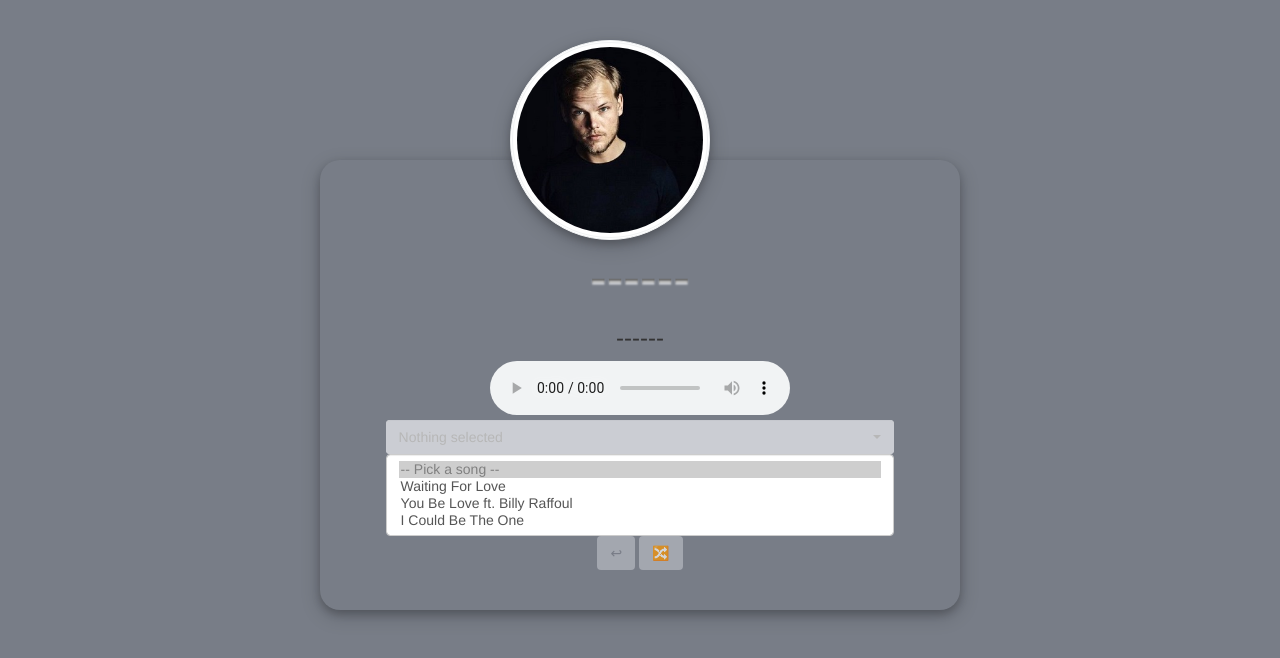
Repository: StanRodriguez/musicplayer
Page: index.html
The author's editor kept a record of every edit. The page is drawn from the files as they stood at one moment, then again after the next edit.
The browser window is 1280 px wide. The pictures show the whole page.
Some web libraries are served in a nearby version.

Above is the page before.

After the next edit:
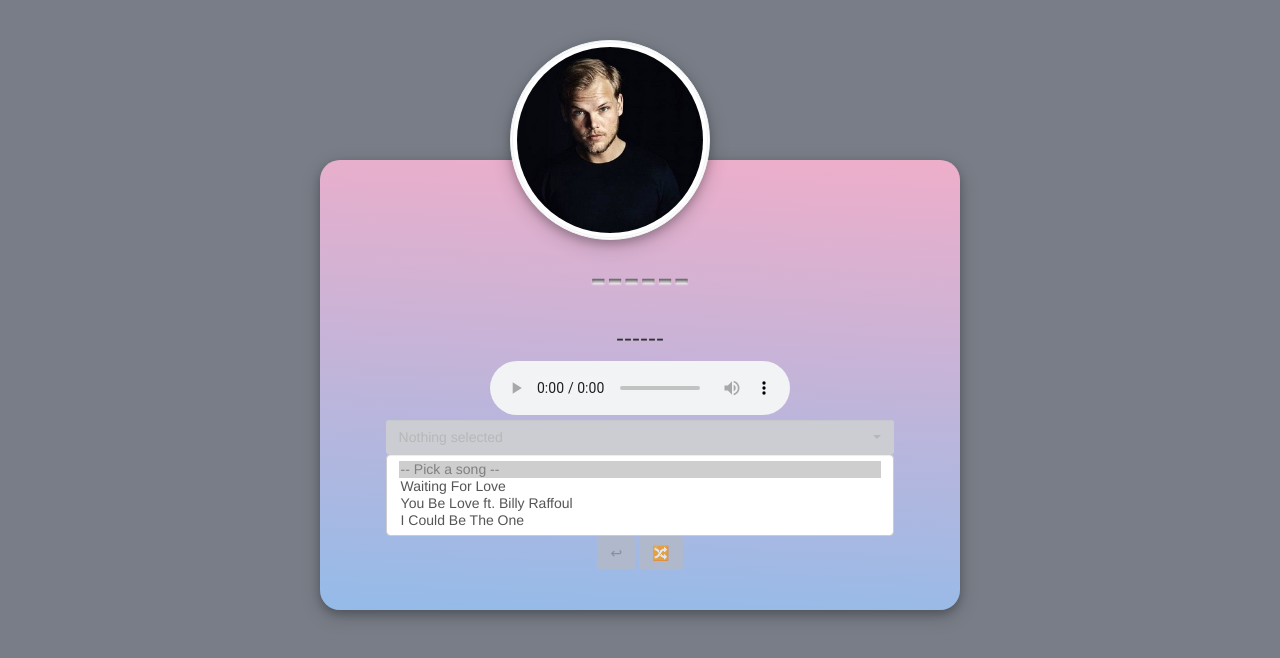
The edit:
--- a/css/main.css
+++ b/css/main.css
@@ -10,6 +10,8 @@
 #container {
 	position: absolute;
     /*box-sizing: border-box;*/
+background: rgb(238,174,202);
+background: linear-gradient(183deg, rgba(238,174,202,1) 0%, rgba(148,187,233,1) 100%);
 	width: 50%;
 	height: 450px;
 	top: 50px;
